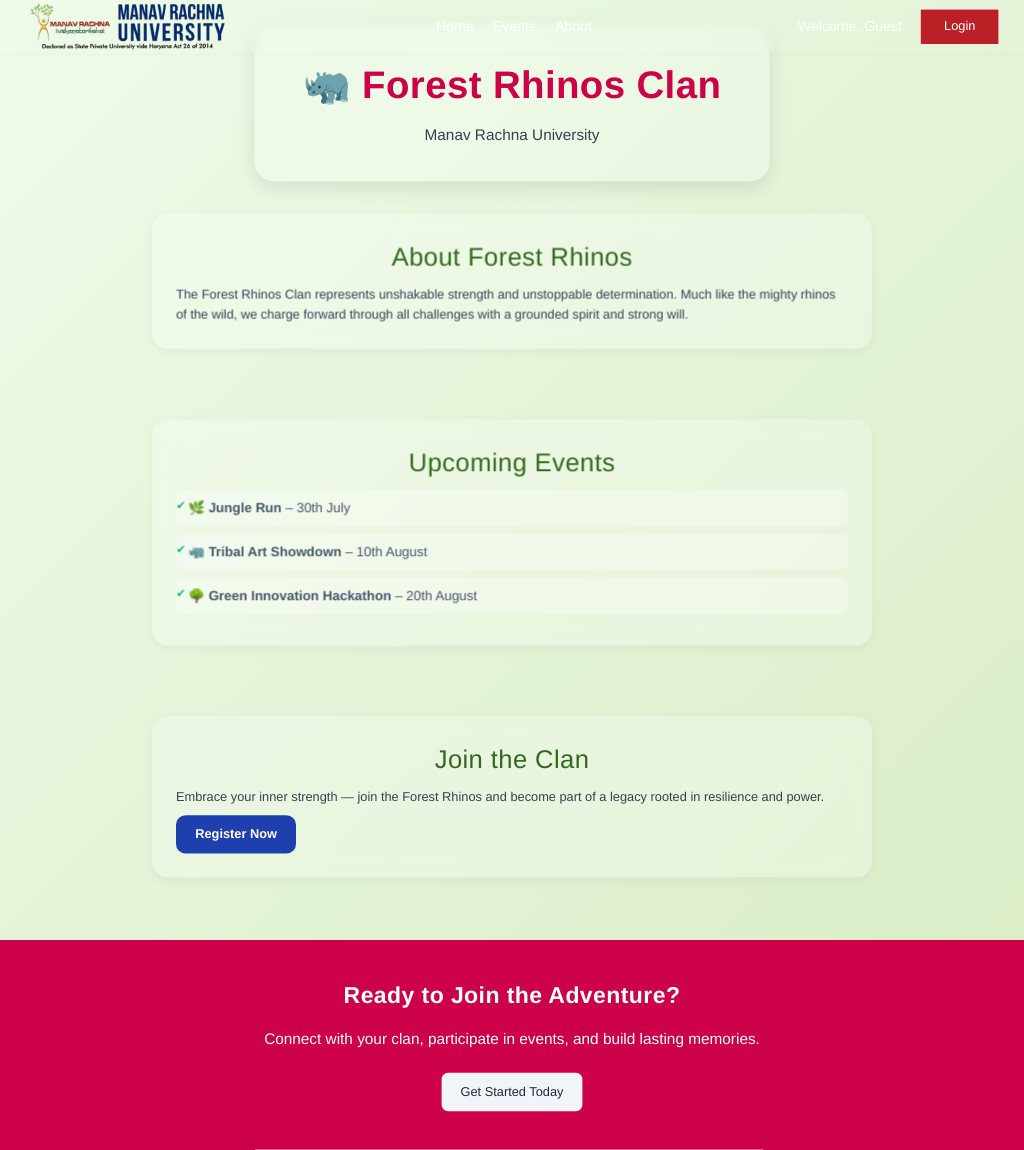
Repository: Aman-Sharma-Dev01/Clan-Event-Manager-0.1
Page: /forest-rhinos-page (app in Frontend/)
An editor plug-in stored every save of this project. The page is shown before and after a run of saves, followed by the edit.
The browser window is 1280 px wide. The pictures show the whole page, at 80% of full size.
The page's requests for data from a server got no answer. The project was rebuilt for these pictures with package versions that can differ from the ones it lists, and the page was loaded fresh each time. No one was signed in, and anything a server would have sent is missing. Also part of the build but not shown: Frontend/vite.config.js, Frontend/src/components/Login/Login.jsx, Frontend/src/components/About/About.jsx, Frontend/src/components/Dashboard/Dashboard.jsx, Frontend/src/components/HeroSection/HeroSection.css, Frontend/src/components/HeroSection/HeroSection.jsx, Frontend/src/components/ClanLogoSection/ClanLogoSection.css, Frontend/src/components/ClanLogoSection/ClanLogoSection.jsx and 26 more.

Above is the page before, as saved 2025-07-30 10:53:45.

### Frontend/index.html
<!doctype html>
<html lang="en">
  <head>
    <meta charset="UTF-8" />
    <link rel="icon" type="image/svg+xml" href="/download (1).png" />
    <meta name="viewport" content="width=device-width, initial-scale=1.0" />
    <title>Clan Event Manager</title>
  </head>
  <body>
    <div id="root"></div>
    <script type="module" src="/src/main.jsx"></script>
  </body>
</html>

### Frontend/src/main.jsx

import { createRoot } from 'react-dom/client'
import './index.css'
import App from './App.jsx'
import {BrowserRouter} from "react-router-dom";
import { AuthProvider } from './Context/AuthProvider.jsx';
createRoot(document.getElementById('root')).render(



  <BrowserRouter>
  <AuthProvider>
    <App />
  </AuthProvider>
  </BrowserRouter>
)

### Frontend/src/index.css
*{
  margin: 0;
  padding: 0;
  box-sizing: border-box;
  font-family: Helvetica, sans-serif
}
html, body {
  scroll-behavior: smooth;
}

### Frontend/src/Context/AuthProvider.jsx
import axios from "axios";
import React, { createContext, useContext, useEffect, useState } from "react";
import { BACKEND_URL } from "../components/utils";

export const AuthContext = createContext();

export const AuthProvider = ({ children }) => {
  const [events, setEvents] = useState();
  const [profile, setProfile] = useState();
  const [isAuthenticated, setIsAuthenticated] = useState(false);

  useEffect(() => {
    const fetchProfile = async () => {
      try {
        // token should be let type variable because its value will change in every login. (in backend also)
        let token = localStorage.getItem("jwt"); // Retrieve the token directly from the localStorage (Go to login.jsx)
        // console.log(token);
        if (token) {
          const { data } = await axios.get(
            `${BACKEND_URL}/api/users/get-my-profile`,
            {
              withCredentials: true,
              headers: {
                "Content-Type": "application/json",
              },
            }
          );
          console.log(data.user);
          setProfile(data);
          setIsAuthenticated(true);
        }
      } catch (error) {
        console.log(error);
      }
    };

    const fetchEvents = async () => {
      try {
        const { data } = await axios.get(
          `${BACKEND_URL}/api/event/allevents`,
          { withCredentials: true }
        );
        console.log(data);
        setEvents(data.events);
      } catch (error) {
        console.log(error);
      }
    };

    fetchEvents();
    fetchProfile();
  }, []);

  return (
    <AuthContext.Provider
      value={{
        events,
        profile,
        setProfile,
        isAuthenticated,
        setIsAuthenticated,
      }}
    >
      {children}
    </AuthContext.Provider>
  );
};

export const useAuth = () => useContext(AuthContext);

### Frontend/src/components/Footer/Footer.jsx
import React from "react";
import "./Footer.css";
import { useNavigate } from "react-router-dom";
const Footer = () => {
  const navigate = useNavigate();
  const toAbout = () => {
    navigate("/about");
  };
  return (
    <footer className="footer-cta">
      <h2>Ready to Join the Adventure?</h2>
      <p>Connect with your clan, participate in events, and build lasting memories.</p>
      <a href="#all-winners"><button className="cta-btn">Get Started Today</button></a>
    </footer>
  );
};

export default Footer;

### Frontend/src/components/KnowYourClan/ForestRhinosPage.jsx
import React from "react";
import "./ForestRhinosPage.css";

const ForestRhinosPage = () => {
  return (
    <div className="forest-container">
      <div className="forest-hero">
        <h1>🦏 Forest Rhinos Clan</h1>
        <p>Manav Rachna University</p>
      </div>

      <div className="forest-content">
        <section className="forest-about">
          <h2>About Forest Rhinos</h2>
          <p>
            The Forest Rhinos Clan represents unshakable strength and unstoppable determination.
            Much like the mighty rhinos of the wild, we charge forward through all challenges with a grounded spirit and strong will.
          </p>
        </section>

        <section className="forest-events">
          <h2>Upcoming Events</h2>
          <ul>
            <li>
              <strong>🌿 Jungle Run</strong> – 30th July
            </li>
            <li>
              <strong>🦏 Tribal Art Showdown</strong> – 10th August
            </li>
            <li>
              <strong>🌳 Green Innovation Hackathon</strong> – 20th August
            </li>
          </ul>
        </section>

        <section className="forest-join">
          <h2>Join the Clan</h2>
          <p>
            Embrace your inner strength — join the Forest Rhinos and become part of a legacy rooted in resilience and power.
          </p>
          <button className="join-button">Register Now</button>
        </section>
      </div>
    </div>
  );
};

export default ForestRhinosPage;

### Frontend/src/ScrollToTop.jsx
import { useEffect } from "react";
import { useLocation } from "react-router-dom";

const ScrollToTop = () => {
  const { pathname } = useLocation();

  useEffect(() => {
    window.scrollTo({ top: 0, behavior: "instant" });
  }, [pathname]);

  return null;
};

export default ScrollToTop;

### Frontend/src/components/Navbar/Navbar.css
.navbar {
  display: flex;
  align-items: center;
  justify-content: space-between;
  padding: 1rem 2rem;
  background-color: transparent;
  backdrop-filter: blur(5px);
  width: 100%;
  height: 9.3vh;
  box-shadow: 0 1px 4px rgba(0, 0, 0, 0.05);
  top: 0;
  z-index: 1000;
  position: absolute;
}

.navbar-left {
  display: flex;
  align-items: center;
  gap: 1rem;
}

.logo-img {
  height: 70px;
  width: auto;
  object-fit: contain;
}

.brand-name {
  font-weight: 700;
  font-size: 1.5rem;
  color: white;
}

.navbar-center,
.navbar-right {
  display: flex;
  align-items: center;
  gap: 1.5rem;
}

.nav-link {
  text-decoration: none;
  color: white;
  font-weight: 500;
  font-size: 1.1rem;
}

.nav-link:hover {
  color: #FCD200;
}

.login-btn , .know-clan {
  background-color: #bc2027;
  color: white;
  padding: 0.6rem 1.8rem;
  border: none;
  font-weight: 500;
  font-size: 1rem;
  cursor: pointer;
  transition: background 0.3s ease;
  text-decoration: none;
}

.login-btn:hover , .know-clan:hover {
  background-color: #FCD200;
  color: black;
}

.hamburger {
  display: none;
  flex-direction: column;
  background: none;
  border: none;
  cursor: pointer;
}

.bar {
  width: 24px;
  height: 3px;
  background-color: black;
  margin: 4px 0;
  transition: 0.3s;
}

/* Sidebar */
.mobile-menu {
  display: none;
}

@media (max-width: 768px) {
  .hamburger {
    display: flex;
  }

  .desktop-menu {
    display: none;
  }

  .mobile-menu {
    display: flex;
    flex-direction: column;
    position: fixed;
    top: 0;
    left: 0;
    height: 100vh;
    width: 250px;
    background: #fff;
    padding: 2rem;
    z-index: 2000;
    transform: translateX(-100%);
    transition: transform 0.3s ease-in-out;
  }

  .mobile-menu.open {
    transform: translateX(0);
  }

  .mobile-menu .nav-link {
    color: #000;
    font-size: 1.2rem;
    margin-bottom: 1rem;
  }

  .mobile-menu .login-btn {
    width: 100%;
    margin-top: 1rem;
  }

  .close-btn {
    align-self: flex-end;
    margin-bottom: 1rem;
  }
}


.dashboard-navbar .nav-link,
.dashboard-navbar .brand-name {
  color: black;
}













/* Dashboard navbar: text black */
.dashboard-navbar {
  position: relative;
}



/* Home navbar: absolute positioning */
.home-navbar {
  position: absolute;
}

### Frontend/src/components/Login/Login.css
/* Login.css */

body {
  margin: 0;
  font-family: 'Inter', sans-serif;
  background-color: #f8fafc;
}

.login-wrapper {
  max-width: 400px;
  margin: 50px auto;
  padding: 0 16px;
  text-align: center;
}

.branding .logo {
  font-size: 32px;
}

.branding .brand-name {
  font-size: 24px;
  font-weight: 700;
  margin: 8px 0 4px;
  color: black;
}

.branding .tagline {
  color: #6b7280;
  font-size: 14px;
  margin-bottom: 24px;
}

.tab-container {
  display: flex;
  border-radius: 8px;
  overflow: hidden;
  margin-bottom: 24px;
  background-color: #f3f4f6;
}

.tab {
  flex: 1;
  padding: 12px;
  text-decoration: none;
  color: #6b7280;
  background-color: #f3f4f6;
  font-weight: 500;
}

.tab.active {
  background-color: #fff;
  color: #111827;
  font-weight: 600;
  border-bottom: 2px solid transparent;
}

.login-form {
  background-color: #fff;
  padding: 24px;
  border-radius: 8px;
  box-shadow: 0 0 0 1px rgba(0,0,0,0.05), 0 1px 3px rgba(0,0,0,0.1);
  text-align: left;
}

.form-heading {
  font-size: 20px;
  font-weight: 700;
  margin-bottom: 4px;
  color: #b22b2e;
}

.subheading {
  font-size: 14px;
  color: #6b7280;
  margin-bottom: 20px;
}

.input-group {
  margin-bottom: 16px;
}

.input-group label {
  display: block;
  font-weight: 500;
  margin-bottom: 4px;
}

.input-group input {
  width: 100%;
  padding: 10px;
  border: 1px solid #d1d5db;
  border-radius: 6px;
  font-size: 14px;
}

.submit-btn {
  width: 100%;
  padding: 12px;
  background-color: #b42d2f;
  color: white;
  border: none;
  border-radius: 6px;
  font-weight: 600;
  cursor: pointer;
  margin-top: 8px;
}

.submit-btn:disabled {
  background-color:#4b5563;
  cursor: not-allowed;
}

.back-home {
  display: block;
  margin-top: 16px;
  text-align: center;
  color: #6b7280;
  font-size: 14px;
  text-decoration: none;
}




.password-wrapper {
  position: relative;
  display: flex;
  align-items: center;
}

.password-wrapper input {
  width: 100%;
  padding-right: 40px; /* space for the eye icon */
}

.eye-icon {
  position: absolute;
  right: 12px;
  cursor: pointer;
  color: #555;
  font-size: 1.1rem;
}
.image{

width:240px;
height:auto
}

### Frontend/src/components/About/About.css
@import url('https://fonts.googleapis.com/css2?family=Rubik:wght@400;500;700&display=swap');

.about-container {
  font-family: 'Rubik', sans-serif;
  padding: 2.5rem;
  background: linear-gradient(135deg, #f6f9fc, #dbeafe);
  color: #1a202c;
}

h1, h2 {
  color: #CC014A;
  text-align: center;
  font-weight: 700;
  margin-bottom: 1.5rem;
  letter-spacing: 0.5px;
}

h1 {
  font-size: 2.75rem;
}

h2 {
  font-size: 2rem;
}

p {
  font-size: 1.15rem;
  line-height: 1.8;
  margin-bottom: 1.2rem;
  color: #334155;
}

section {
  background: transparent;
  backdrop-filter: blur(14px);
  box-shadow: 0 10px 25px rgba(0, 0, 0, 0.08);
  padding: 2.5rem;
  border-radius: 24px;
  margin-bottom: 3rem;
  transition: all 0.3s ease-in-out;
}

.content-row {
  display: flex;
  flex-wrap: wrap;
  align-items: center;
  justify-content: space-between;
  gap: 2rem;
}

.content-row.reverse {
  flex-direction: row-reverse;
}

.text {
  flex: 1;
  min-width: 280px;
}

.image-wrapper {
  flex: 1;
  min-width: 280px;
  display: flex;
  justify-content: center;
  align-items: center;
  padding: 1rem 0;
}

.responsive-image {
  width: 100%;
  height: auto;
  max-width: 100%;
  border-radius: 18px;
  object-fit: contain;
  box-shadow: 0 6px 18px rgba(0, 0, 0, 0.2);
}

ul {
  padding-left: 1.5rem;
  margin-top: 0.5rem;
}

li {
  margin-bottom: 0.75rem;
  font-size: 1.05rem;
  color: #475569;
  position: relative;
  padding-left: 1rem;
}

li::before {
  content: '✔';
  position: absolute;
  left: 0;
  color: #10b981;
  font-size: 0.9rem;
}

.gallery {
  display: flex;
  flex-wrap: wrap;
  justify-content: center;
  gap: 1.5rem;
  margin-top: 1rem;
}

.activity-card {
  background: linear-gradient(145deg, #ffffff, #f3f4f6);
  border-radius: 16px;
  padding: 1rem 1.75rem;
  min-width: 160px;
  text-align: center;
  font-weight: 600;
  font-size: 1.05rem;
  box-shadow: 0 5px 15px rgba(0, 0, 0, 0.1);
  transition: transform 0.3s ease, background 0.3s ease;
}

.activity-card:hover {
  transform: translateY(-5px);
  background: #e0f2fe;
}

.clan-logos {
  display: flex;
  flex-wrap: wrap;
  justify-content: center;
  gap: 2rem;
  margin-top: 2rem;
}

.logo-card {
  background: #ffffff;
  padding: 1.25rem;
  border-radius: 16px;
  box-shadow: 0 4px 10px rgba(0, 0, 0, 0.1);
  text-align: center;
  width: 130px;
  transition: all 0.3s ease;
}

.logo-card:hover {
  transform: translateY(-6px);
  background: #f8fafc;
}

.logo-card img {
  width: 90px;
  height: auto;
  margin-bottom: 0.75rem;
  filter: drop-shadow(1px 1px 3px rgba(0, 0, 0, 0.2));
}

.logo-card p {
  font-weight: 600;
  color: #1e293b;
  font-size: 1.05rem;
}

/* ======================== */
/* ✅ Responsive Styling */
/* ======================== */
@media screen and (max-width: 1024px) {
  .about-container {
    padding: 2rem;
  }

  h1 {
    font-size: 2.25rem;
  }

  h2 {
    font-size: 1.75rem;
  }
}

@media screen and (max-width: 768px) {
  .content-row {
    flex-direction: column;
  }

  section {
    padding: 2rem;
  }

  .text, .image-wrapper {
    width: 100%;
  }

  .responsive-image {
    max-height: 340px;
  }

  .activity-card {
    min-width: 130px;
    font-size: 1rem;
  }

  .logo-card {
    width: 110px;
  }

  .logo-card img {
    width: 70px;
  }
}

@media screen and (max-width: 480px) {
  .about-container {
    padding: 1.25rem;
  }

  h1 {
    font-size: 2rem;
  }

  h2 {
    font-size: 1.5rem;
  }

  p {
    font-size: 1rem;
  }

  .activity-card {
    padding: 0.75rem 1.25rem;
    font-size: 0.95rem;
  }

  .logo-card p {
    font-size: 0.95rem;
  }
}

### Frontend/src/components/Footer/Footer.css
.footer-cta {
  background-color: #CC014A; /* Deep navy */
  color: #ffffff;
  text-align: center;
  padding: 3rem 1.5rem;
}

.footer-cta h2 {
  font-size: 1.8rem;
  font-weight: 700;
  margin-bottom: 1rem;
  color:white;
}

.footer-cta p {
  color: #fff;
  font-size: 1.2rem;
  margin-bottom: 1.5rem;
}

.cta-btn {
  background-color: #f1f5f9;
  color: #1f2937;
  border: none;
  padding: 0.75rem 1.5rem;
  font-size: 1rem;
  font-weight: 500;
  border-radius: 0.5rem;
  cursor: pointer;
  transition: background 0.3s ease;
}

.cta-btn:hover {
  background-color: #e2e8f0;
}

### Frontend/src/components/KnowYourClan/WaterSharksPage.css
/* WaterSharks.css */

body {
  margin: 0;
  font-family: "Segoe UI", Tahoma, Geneva, Verdana, sans-serif;

}

.watersharks-container {
  min-height: 100vh;
  display: flex;
  flex-direction: column;
  align-items: center;
  padding: 30px;
  background: linear-gradient(135deg, #e0f7fa40, #a7ffeb30);
  backdrop-filter: blur(10px);
}

.watersharks-hero {
  background: rgba(255, 255, 255, 0.15);
  padding: 40px 60px;
  border-radius: 25px;
  box-shadow: 0 8px 25px rgba(0, 0, 0, 0.1);
  text-align: center;
  color: #0a2540;
  margin-bottom: 40px;
}

.watersharks-hero h1 {
  font-size: 3rem;
  font-weight: 800;
  margin-bottom: 10px;
}

.watersharks-hero p {
  font-size: 1.2rem;
  font-weight: 500;
}

.watersharks-content {
  width: 100%;
  max-width: 900px;
  display: grid;
  gap: 40px;
}

.watersharks-about,
.watersharks-events,
.watersharks-join {
  background: rgba(255, 255, 255, 0.25);
  padding: 30px;
  border-radius: 20px;
  box-shadow: 0 4px 15px rgba(0, 0, 0, 0.05);
  color: #093b5c;
}

.watersharks-about h2,
.watersharks-events h2,
.watersharks-join h2 {
  font-size: 2rem;
  margin-bottom: 10px;
  color: #01579b;
}

.watersharks-about p,
.watersharks-join p {
  font-size: 1rem;
  line-height: 1.6;
}

.watersharks-events ul {
  list-style: none;
  padding-left: 0;
}

.watersharks-events li {
  margin-bottom: 10px;
  font-size: 1.05rem;
  background: rgba(255, 255, 255, 0.3);
  padding: 10px 15px;
  border-radius: 10px;
  transition: transform 0.2s ease;
}

.watersharks-events li:hover {
  transform: scale(1.02);
  background: rgba(255, 255, 255, 0.4);
}

.join-button {
  background: #0277bd;
  color: #fff;
  padding: 12px 24px;
  border: none;
  border-radius: 12px;
  font-size: 1rem;
  font-weight: 600;
  cursor: pointer;
  margin-top: 10px;
  transition: background 0.3s ease;
}

.join-button:hover {
  background: #01579b;
}

### Frontend/src/components/KnowYourClan/ForestRhinosPage.css
/* ForestRhinos.css */

body {
  margin: 0;
  font-family: "Segoe UI", Tahoma, Geneva, Verdana, sans-serif;

}

.forest-container {
  min-height: 100vh;
  display: flex;
  flex-direction: column;
  align-items: center;
  padding: 30px;
  background: linear-gradient(135deg, #eefbe9, #dcedc8);
  backdrop-filter: blur(8px);
}

.forest-hero {
  background: rgba(255, 255, 255, 0.2);
  padding: 40px 60px;
  border-radius: 25px;
  box-shadow: 0 8px 25px rgba(0, 0, 0, 0.1);
  text-align: center;
  color: #1b3a1b;
  margin-bottom: 40px;
}

.forest-hero h1 {
  font-size: 3rem;
  font-weight: 800;
  margin-bottom: 10px;
}

.forest-hero p {
  font-size: 1.2rem;
  font-weight: 500;
}

.forest-content {
  width: 100%;
  max-width: 900px;
  display: grid;
  gap: 40px;
}

.forest-about,
.forest-events,
.forest-join {
  background: rgba(255, 255, 255, 0.25);
  padding: 30px;
  border-radius: 20px;
  box-shadow: 0 4px 15px rgba(0, 0, 0, 0.05);
  color: #2e4600;
}

.forest-about h2,
.forest-events h2,
.forest-join h2 {
  font-size: 2rem;
  margin-bottom: 10px;
  color: #33691e;
}

.forest-about p,
.forest-join p {
  font-size: 1rem;
  line-height: 1.6;
}

.forest-events ul {
  list-style: none;
  padding-left: 0;
}

.forest-events li {
  margin-bottom: 10px;
  font-size: 1.05rem;
  background: rgba(255, 255, 255, 0.3);
  padding: 10px 15px;
  border-radius: 10px;
  transition: transform 0.2s ease;
}

.forest-events li:hover {
  transform: scale(1.02);
  background: rgba(255, 255, 255, 0.4);
}

.join-button {
  background: #558b2f;
  color: #fff;
  padding: 12px 24px;
  border: none;
  border-radius: 12px;
  font-size: 1rem;
  font-weight: 600;
  cursor: pointer;
  margin-top: 10px;
  transition: background 0.3s ease;
}

.join-button:hover {
  background: #33691e;
}

### Frontend/src/components/KnowYourClan/AirFalconsPage.css
/* AirFalcons.css */

body {
  margin: 0;
  font-family: "Segoe UI", Tahoma, Geneva, Verdana, sans-serif;

}

.airfalcons-container {
  min-height: 100vh;
  display: flex;
  flex-direction: column;
  align-items: center;
  padding: 30px;
  background: linear-gradient(135deg, #e1f5fe50, #b3e5fc40);
  backdrop-filter: blur(10px);
}

.airfalcons-hero {
  background: rgba(255, 255, 255, 0.15);
  padding: 40px 60px;
  border-radius: 25px;
  box-shadow: 0 8px 25px rgba(0, 0, 0, 0.1);
  text-align: center;
  color: #0d47a1;
  margin-bottom: 40px;
}

.airfalcons-hero h1 {
  font-size: 3rem;
  font-weight: 800;
  margin-bottom: 10px;
}

.airfalcons-hero p {
  font-size: 1.2rem;
  font-weight: 500;
}

.airfalcons-content {
  width: 100%;
  max-width: 900px;
  display: grid;
  gap: 40px;
}

.airfalcons-about,
.airfalcons-events,
.airfalcons-join {
  background: rgba(255, 255, 255, 0.25);
  padding: 30px;
  border-radius: 20px;
  box-shadow: 0 4px 15px rgba(0, 0, 0, 0.05);
  color: #0d3c61;
}

.airfalcons-about h2,
.airfalcons-events h2,
.airfalcons-join h2 {
  font-size: 2rem;
  margin-bottom: 10px;
  color: #1565c0;
}

.airfalcons-about p,
.airfalcons-join p {
  font-size: 1rem;
  line-height: 1.6;
}

.airfalcons-events ul {
  list-style: none;
  padding-left: 0;
}

.airfalcons-events li {
  margin-bottom: 10px;
  font-size: 1.05rem;
  background: rgba(255, 255, 255, 0.3);
  padding: 10px 15px;
  border-radius: 10px;
  transition: transform 0.2s ease;
}

.airfalcons-events li:hover {
  transform: scale(1.02);
  background: rgba(255, 255, 255, 0.4);
}

.join-button {
  background: #1976d2;
  color: #fff;
  padding: 12px 24px;
  border: none;
  border-radius: 12px;
  font-size: 1rem;
  font-weight: 600;
  cursor: pointer;
  margin-top: 10px;
  transition: background 0.3s ease;
}

.join-button:hover {
  background: #0d47a1;
}

### Frontend/src/components/KnowYourClan/WildCatssPage.css
.wildcats-container {
  min-height: 100vh;
  display: flex;
  flex-direction: column;
  align-items: center;
  padding: 30px;
  background: linear-gradient(135deg, #ffffff10, #ffd70020);
  backdrop-filter: blur(10px);
}

.wildcats-hero {
  background: rgba(255, 255, 255, 0.15);
  padding: 40px 60px;
  border-radius: 25px;
  box-shadow: 0 8px 25px rgba(0, 0, 0, 0.1);
  text-align: center;
  color: #2c2c2c;
  margin-bottom: 40px;
}

.wildcats-hero h1 {
  font-size: 3rem;
  font-weight: 800;
  margin-bottom: 10px;
}

.wildcats-hero p {
  font-size: 1.2rem;
  font-weight: 500;
}

.wildcats-content {
  width: 100%;
  max-width: 900px;
  display: grid;
  gap: 40px;
}

.wildcats-about,
.wildcats-events,
.wildcats-join {
  background: rgba(255, 255, 255, 0.2);
  padding: 30px;
  border-radius: 20px;
  box-shadow: 0 4px 15px rgba(0, 0, 0, 0.05);
  color: #333;
}

.wildcats-about h2,
.wildcats-events h2,
.wildcats-join h2 {
  font-size: 2rem;
  margin-bottom: 10px;
  color: #1e293b;
}

.wildcats-about p,
.wildcats-join p {
  font-size: 1rem;
  line-height: 1.6;
}

.wildcats-events ul {
  list-style: none;
  padding-left: 0;
}

.wildcats-events li {
  margin-bottom: 10px;
  font-size: 1.05rem;
  background: rgba(255, 255, 255, 0.3);
  padding: 10px 15px;
  border-radius: 10px;
  transition: transform 0.2s ease;
}

.wildcats-events li:hover {
  transform: scale(1.02);
  background: rgba(255, 255, 255, 0.4);
}

.join-button {
  background: #1e40af;
  color: #fff;
  padding: 12px 24px;
  border: none;
  border-radius: 12px;
  font-size: 1rem;
  font-weight: 600;
  cursor: pointer;
  margin-top: 10px;
  transition: background 0.3s ease;
}

.join-button:hover {
  background: #1d4ed8;
}

Loaded but not shown: Frontend/src/components/utils.js (1 lines, source omitted); Frontend/src/components/Society/Rudra/Rudra.css (1048 lines, source omitted); Frontend/src/components/Society/Felicia/Felicia.css (1072 lines, source omitted); Frontend/src/components/Society/Khalbali/Khalbali.css (936 lines, source omitted); Frontend/src/components/Society/Rehnuma/Rehnuma.css (882 lines, source omitted); Frontend/src/components/Society/Athelites/Athelites.css (868 lines, source omitted); Frontend/src/components/Society/Moksh/Moksh.css (893 lines, source omitted); Frontend/src/components/Society/Techsoul/Techsoul.css (831 lines, source omitted); Frontend/src/components/Society/Drishti/Drishti.css (835 lines, source omitted); Frontend/src/components/Society/Noora/Noora.css (830 lines, source omitted); Frontend/src/components/Society/Gamenix/Gamenix.css (742 lines, source omitted); Frontend/src/components/AllWinnersSlideshow/AllWinnersSlideshow.css (305 lines, source omitted); Frontend/src/components/WinnersPhoto/WinnersPhoto.css (188 lines, source omitted); Frontend/src/components/Dashboard/Dashboard.css (299 lines, source omitted); Frontend/src/App.jsx (91 lines, source omitted); Frontend/src/components/Navbar/Navbar.jsx (118 lines, source omitted); Frontend/src/components/HomePage/Homepage.css (no stored copy; drawn as an empty file)

After the next 2 saves:
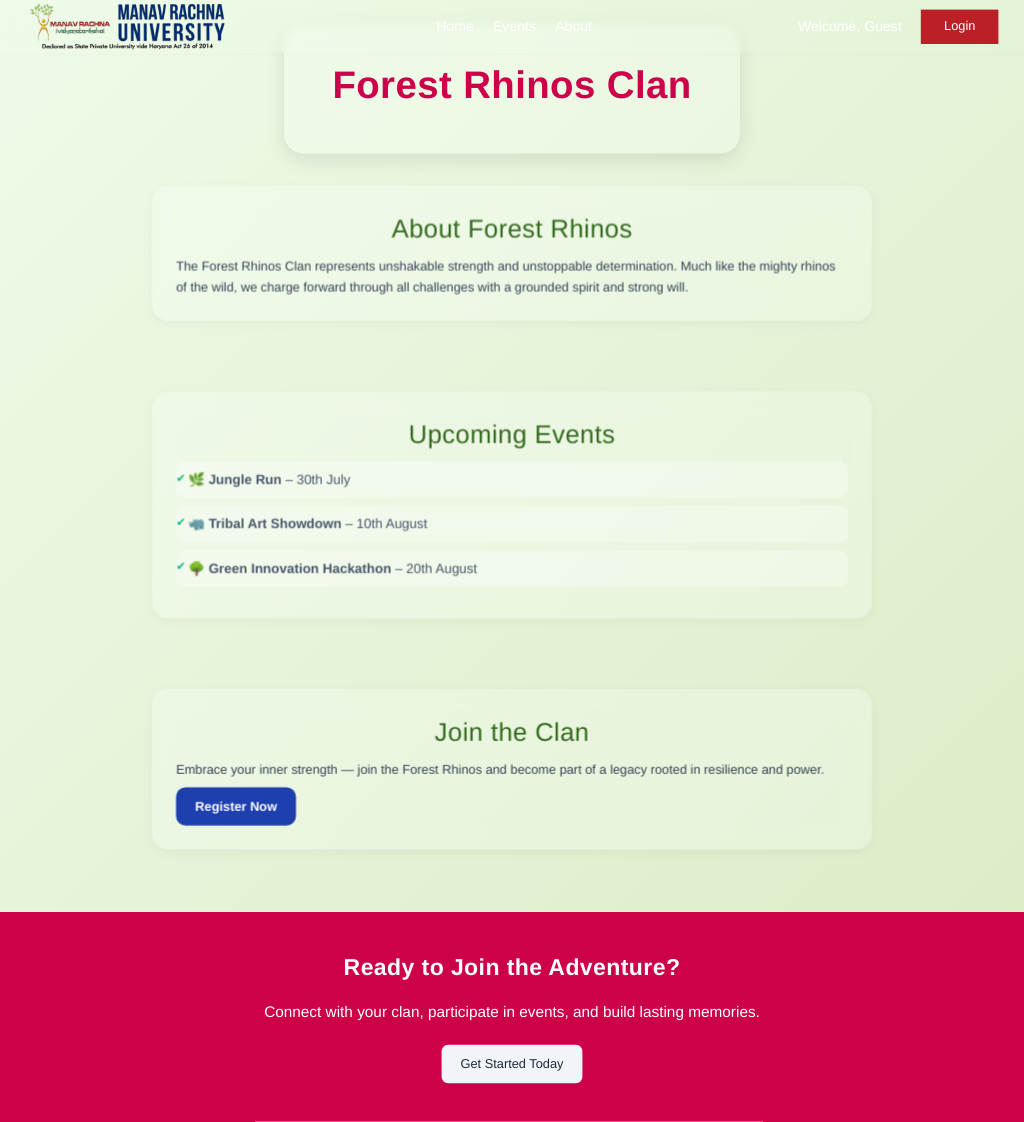
The 2 saves are shown as one change because they came seconds apart.
The last was saved 9 s later.
--- a/Frontend/src/components/KnowYourClan/ForestRhinosPage.jsx
+++ b/Frontend/src/components/KnowYourClan/ForestRhinosPage.jsx
@@ -5,8 +5,8 @@
   return (
     <div className="forest-container">
       <div className="forest-hero">
-        <h1>🦏 Forest Rhinos Clan</h1>
-        <p>Manav Rachna University</p>
+        <h1>Forest Rhinos Clan</h1>
+
       </div>
 
       <div className="forest-content">
